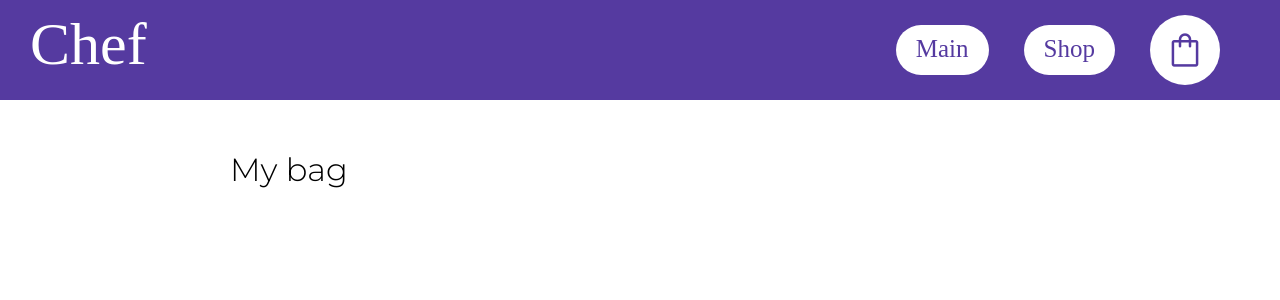
Repository: IhorDovhanych/VueJS
Page: /#/bag (app in project-site/)
These files come from the project's save history. The page is drawn as it stood at one moment and after the next save; the edit follows.
The browser window is 1280 px wide. The pictures show the whole page.
Some web fonts or font styles are not loaded; a fallback is used. The project was rebuilt for these pictures with package versions that can differ from the ones it lists, and the page was loaded fresh each time. Also part of the build but not shown: project-site/vue.config.js, project-site/src/components/BagItem/BagItem.vue.

Above is the page before, as saved 2022-11-02 11:20:42.

### project-site/src/main.js
import { createApp } from 'vue'
import App from './App.vue'
import router from './router'
import store from './store'


createApp(App).use(store).use(router).mount('#app');

### project-site/src/App.vue
<template>
<link rel="stylesheet" href="https://fonts.googleapis.com/css2?family=Material+Symbols+Outlined:opsz,wght,FILL,GRAD@48,400,0,0" />
  <div class="header">
    <div class="logo">Chef</div>
    <span class="line"> </span>
    <nav>
      <router-link class="header-nav" to="/">Main</router-link>
      <router-link class="header-nav" to="/shop">Shop</router-link>
      <router-link class="shoping-bag-nav" to="/bag"><span class="material-symbols-outlined"> shopping_bag </span></router-link>
    </nav>
  </div>
  <router-view> </router-view>
</template>

<style lang="scss">
@import url('https://fonts.googleapis.com/css2?family=Lily+Script+One&family=Limelight&display=swap');
*{
  padding: 0px;
  margin: 0px;
}
.material-symbols-outlined {
  font-variation-settings:
  'FILL' 0,
  'wght' 400,
  'GRAD' 0,
  'opsz' 48
}
.header{
  height: 100px;
  background-color: #553AA0;
  .logo{
    user-select: none;
    margin-left:30px;
    top: 10px;
    font-family: 'Lily Script One', cursive;
    color:white;
    font-size: 60px;
    position: absolute;
  }
  .header-nav{
    vertical-align: middle;
  }
}

nav {
  margin-top: 0px;
  display: flex;
  justify-content: flex-end;
  .header-nav{
    user-select: none;
    height: 30px;
    margin-top: 25px;
    font-family: 'Limelight', cursive;
    font-size: 25px;
    color: #553AA0;
    text-decoration: none;
    padding: 10px 20px 10px 20px;
    background-color: white;
    border-radius: 50px;
    transition: 0.2s;
  }
  .header-nav:first-child{
    margin-right: 35px;
  }
  .shoping-bag-nav{
    margin-right: 60px;
    margin-top: 15px;
    margin-left: 35px;
    user-select: none;
    color: #553AA0;
    padding: 15px;
    border-radius: 40px;
    background-color: white;
    transition: 0.2s;
    .material-symbols-outlined{
      font-size: 40px;
      vertical-align: middle;
    }
  }
  .shoping-bag-nav:hover{
    margin-right: 55px;
    margin-top: 11px;
    margin-left: 30px;
    padding: 20px;
  }
  .header-nav:hover{
    margin-top: 20px;
    padding: 15px 20px 15px 20px;
  }
}
</style>

### project-site/src/router/index.js
import { createRouter, createWebHashHistory } from 'vue-router'
import HomeView from '../views/HomeView.vue'

const routes = [
  {
    path: '/',
    name: 'home',
    component: HomeView
  },
  {
    path: '/shop',
    name: 'shop',
    // route level code-splitting
    // this generates a separate chunk (about.[hash].js) for this route
    // which is lazy-loaded when the route is visited.
    component: () => import('../views/ShopView.vue')
  },
  {
    path: '/bag',
    name: 'bag',
    component: () => import('../views/BagView.vue')
  }
]

const router = createRouter({
  history: createWebHashHistory(),
  routes
})

export default router

### project-site/src/store/index.js
import { createStore } from 'vuex'

const store = createStore({
    mutations: {
      addToBag(state,userId){
        for(let i = 0; i < state.itemsList.length; i++){
          if(userId == state.itemsList[i].id){
            let check = true;
            if(state.bagList.length != 0){
              for(let j = 0; j < state.bagList.length; j++){
                if(userId == state.bagList[j].id){
                  state.bagList[j].count++;
                  check = false;
                  break;
                }

            }
            }
            if(check){
              state.bagList.push(state.itemsList[i])
            }
          }
        }
      },
      removeItemFromBag(state, userId){
        for(let i = 0; i < state.bagList.length; i++){
          if(userId == state.bagList[i].id){
            state.bagList.splice(i,1);
          }
        }
      },
      plusItemCountBag(state, userId){
        for(let i = 0; i < state.bagList.length; i++){
          if(userId == state.bagList[i].id){
            state.bagList[i].count++;
            break;
          }
        }
      },
      minusItemCountBag(state, userId){
        for(let i = 0; i < state.bagList.length; i++){
          if(userId == state.bagList[i].id){
            if(state.bagList[i].count > 1){
            state.bagList[i].count--;
          }
            break;
          }
        }
      }
    },
    actions:{
      getAddToBag({commit}, userId){
        commit("addToBag", userId)
      },
      removeItemFromBag({commit},userId){
        commit("removeItemFromBag", userId)
      },
      plusItemCountBag({commit},userId){
        commit("plusItemCountBag", userId)
      },
      minusItemCountBag({commit},userId){
        commit("minusItemCountBag", userId)
      }

    },
    state:{
        bagList:[

        ],
        itemsList: [
            {
                id:1,
                ImgSrc:"https://johnlewis.scene7.com/is/image//JohnLewis/cooking_baking_cooking_utensils_block_mob_040822",
                name:"Cookware set",
                size:"300mm x 450mm x 50mm",
                material:"Steal",
                price: 90,
                count: 1
              },
              {
                id:2,
                ImgSrc:"https://encrypted-tbn0.gstatic.com/images?q=tbn:ANd9GcR9uNtyVcDaYAdyQXPxd-3FyckRMuUMjCyN9A&usqp=CAU",
                name:"Blue pan",
                size:"300mm x 450mm x 50mm",
                material:"Ceramic",
                price: 35,
                count: 1
              },
              {
                id:3,
                ImgSrc:"https://i.pinimg.com/564x/d0/39/83/d039833c8e338a96f3e7935a1d5cb730.jpg",
                name:"Green pan with cock",
                size:"400mm x 200m 80mm",
                material:"Ceramic",
                price: 40,
                count: 1
              },
              {
                id:4,
                ImgSrc: "https://i.pinimg.com/564x/1f/da/29/1fda29482c79e9200bceaf72da887605.jpg",
                name: "Red pumpkin-shaped pan",
                size: "400mm x 200m 80mm",
                material:"Ceramic",
                price: 55,
                count: 1
              },
              {
                id:5,
                ImgSrc: "https://i.pinimg.com/564x/e2/34/e4/e234e43871b9b734a610d05da3df26b3.jpg",
                name: "Minimalistic cookware set",
                material: "Steal",
                size: "1400mm x 1200m 180mm",
                price: 140,
                count: 1
              },
              {
                id:6,
                ImgSrc: "https://i.pinimg.com/564x/9c/31/44/9c31441e9173592a0e08bd6661c1cec4.jpg",
                name: "Copper canister",
                material: "Copper",
                size: "200mm x 200m 80mm",
                price: 100,
                count: 1
              }
        ]
    },
    getters: {
        getItemList: (state) => state.itemsList,
        getBagList: (state) => state.bagList
    }

})

export default store;

### project-site/src/views/HomeView.vue
<template>
  <div class="home">

    <div class="welcome-banner">

        <div class="banner-content">
          <div> Welcome to </div>
        <div class="logo"> Chef </div>
      </div>
   </div>

  </div>
</template>

<script>


export default {
  name: 'HomeView',
  components: {

  }
}
</script>

<style lang="scss" scoped>
@import url('https://fonts.googleapis.com/css2?family=Lily+Script+One&family=Limelight&display=swap');

.home{
  display: flex;
  flex-direction: column;
  align-items: center;
}
.welcome-banner{
  user-select: none;
  width: 70%;
  margin-top: 35px;
  height: 500px;
  background-color: red;
  color:white;
  box-shadow: 0px 4px 50px rgba(0, 0, 0, 0.4);
  border-radius: 90px;
  background-image: url('@/assets/banner-bg.jpg');
  background-size: 1200px;
  background-position: -100px -100px;
  .banner-content{
    display: flex;
    justify-content: center;
    vertical-align: middle;
    height: 60px;
    margin-top: calc(250px - 60px/2);
    font-family: 'Limelight', cursive;
    font-size: 30px;
    :first-child{
      margin-right: 10px;
      margin-top: 25px;
      text-shadow: 0px 0px 10px rgba(0, 0, 0, 0.9);
    }
    .logo{
      margin-top: 0px;
      margin-left: 10px;
      font-family: 'Lily Script One', cursive;
      font-size: 60px;
      text-shadow: 0px 0px 10px rgba(0, 0, 0, 0.4);
    }
  }

}
</style>

### project-site/src/views/BagView.vue
<template>
    <div>
        <BagConstructorItem :bagConstructorItem="List"/>
    </div>
</template>

<script>
    import BagConstructorItem from'@/components/BagItem';
    import store from "../store";
    export default {
        components:{
            BagConstructorItem,
        },
        computed: {
            List() {
                return store.getters.getBagList;
            }
        },

    }
</script>

<style lang="scss" scoped>

</style>

### project-site/src/components/BagItem/index.vue
<template>
    <div>
        <h1>My bag</h1>
    <div class="BagItemConstructor">
        <BagItem v-for="item in bagConstructorItem"
        :key="item.id"
        :id="item.id"
        :ImgSrc="item.ImgSrc"
        :name="item.name"
        :size="item.size"
        :material="item.material"
        :price="item.price"
        :count="item.count"
        />

    </div>
</div>
</template>

<script>
    import BagItem from './BagItem.vue'

    export default {
        name: 'BagConstructItem',

        components: {
            BagItem,
        },

        props: {
            bagConstructorItem: {
                type: Array,
                default: () => [],
            }
        }

    }
</script>

<style lang="css" scoped>
@import url('https://fonts.googleapis.com/css2?family=Montserrat:wght@300;700&display=swap');
h1{
    font-family: 'Montserrat', sans-serif;
    font-weight: normal;
    margin-top: 50px;
    margin-left: 230px
}
.BagItemConstructor{
    font-family: 'Montserrat', sans-serif;
    display: flex;
    flex-direction: column;
    margin-left: 300px;
    margin-top: 40px;
}
</style>

Loaded but not shown: project-site/public/index.html (common file)

After the next save:
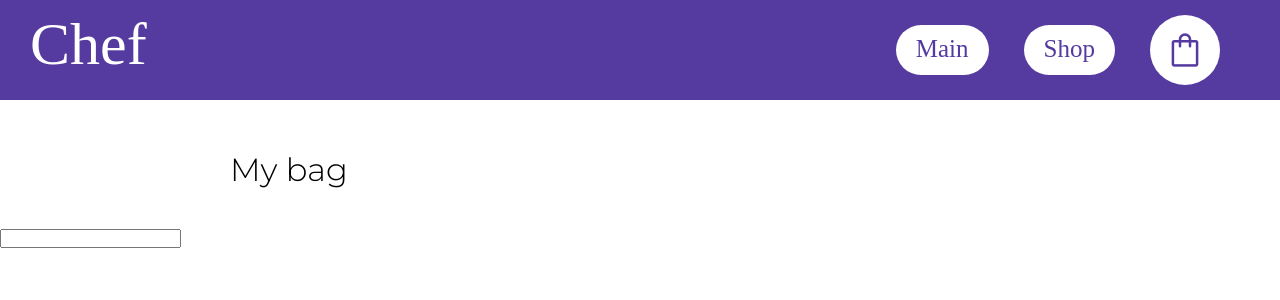
Saved 6 days later.
--- a/project-site/src/views/BagView.vue
+++ b/project-site/src/views/BagView.vue
@@ -1,6 +1,8 @@
 <template>
     <div>
         <BagConstructorItem :bagConstructorItem="List"/>
+        <input type="text" v-model="ll">
+        {{ll}}
     </div>
 </template>
 

After the save that followed:
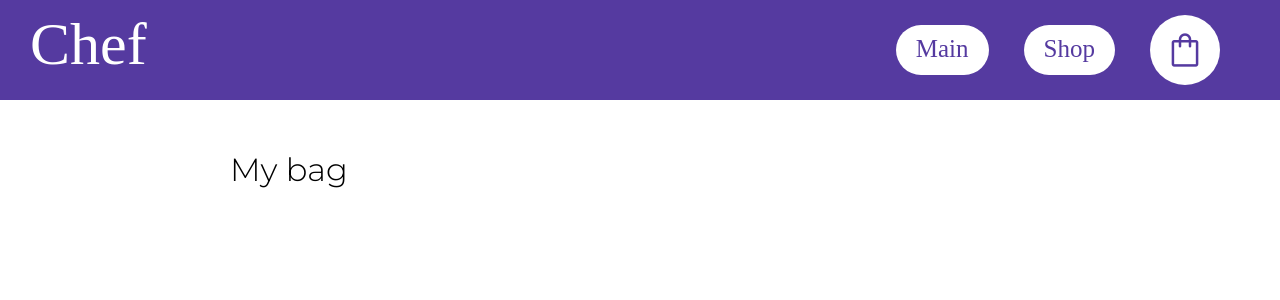
Saved 64 s later.
--- a/project-site/src/views/BagView.vue
+++ b/project-site/src/views/BagView.vue
@@ -1,8 +1,6 @@
 <template>
     <div>
         <BagConstructorItem :bagConstructorItem="List"/>
-        <input type="text" v-model="ll">
-        {{ll}}
     </div>
 </template>
 
